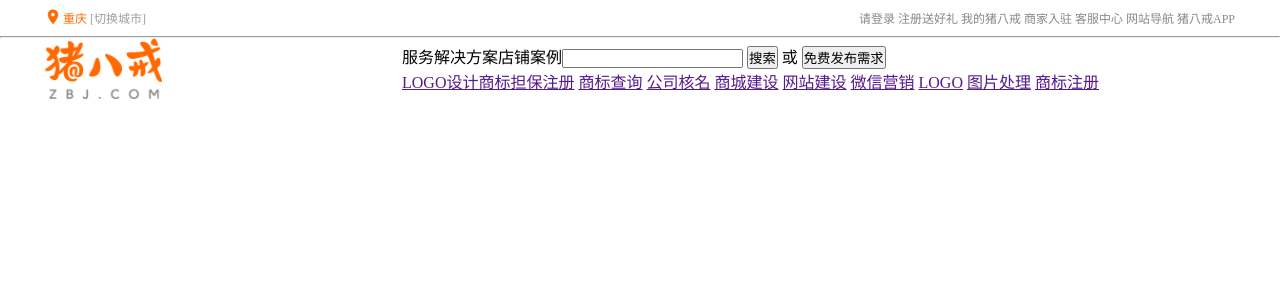
Repository: 13982720426/zbj
Page: HTML/index.html
The author's editor kept a copy of each file at every save. The page is drawn from the files as they stood at one save, then again after the next save.
The browser window is 1280 px wide. The pictures show the whole page.

Above is the page before, as saved 2021-07-15 14:24:43.

### HTML/index.html
<!DOCTYPE html>
<html lang="en">
  <head>
    <meta charset="UTF-8" />
    <meta http-equiv="X-UA-Compatible" content="IE=edge" />
    <meta name="viewport" content="width=device-width, initial-scale=1.0" />
    <title>猪八戒网重庆站-中国领先的企业服务平台</title>
    <link rel="stylesheet" type="image/x-icon" href="./imgs/favicon.ico" />
    <link rel="stylesheet" type="text/css" href="css/index.css" />
  </head>
  <body>
    <div class="header-top">
      <div class="header-top-left">
        <div class="location-icon">
          <span class="tl1">重庆</span>
          <span class="tl2">[切换城市]</span>
        </div>
      </div>
      <div class="haeder-top-right">
        <span class="tr1">请登录</span>
        <span class="tr2">注册送好礼</span>
        <span class="tr3">我的猪八戒</span>
        <span class="tr4">商家入驻</span>
        <span class="tr5">客服中心</span>
        <span class="tr6">网站导航</span>
        <span class="tr7">猪八戒APP</span>
      </div>
    </div>
    <hr />
    <div class="header-bd-wrap header-bd-wrap-fixed">
      <div class="header-bd-wrap-content">
        <div class="header-bd-wrap-l">
          <img class="logo-img" src="./imgs/newlogo_5b91b4a.png" alt="猪八戒" />
        </div>
        <div class="header-bd-wrap-r">
          <div>
            <ul id="menu">
              <li>服务</li>
              <li>解决方案</li>
              <li>店铺</li>
              <li>案例</li>
            </ul>
          </div>
          <div class="search">
            <input type="text" name="" id="" />
            <button class="btn-search">搜索</button>
            <span class="huo">或</span>
            <button class="search-pub-task">免费发布需求</button>
          </div>

          <div>
            <a href="">LOGO设计商标担保注册</a>
            <a href="">商标查询</a>
            <a href="">公司核名</a>
            <a href="">商城建设</a>
            <a href="">网站建设</a>
            <a href="">微信营销</a>
            <a href="">LOGO</a>
            <a href="">图片处理</a>
            <a href="">商标注册</a>
          </div>
        </div>
      </div>
    </div>
  </body>
</html>

### HTML/css/index.css
* {
  margin: 0;
  padding: 0;
}
.header-top {
  display: flex;
  align-items: center;
  margin: 0 auto;
  height: 36px;
  width: 1190px;
  color: #888;
  font-size: 12px;
}
.location-icon {
  display: inline-block;
  padding-left: 18px;
  background-repeat: no-repeat;
  background-size: 16px;
  background-image: url('data:[embedded picture, 1182 characters]');
}
.tl1 {
  color: #ff6900;
}
.tl2 {
  color: #9e9e9e;
}
.header-top-left {
  flex: 1;
}
.header-top-right {
  flex: 1;
}
.header-bd-wrap {
  width: 100%;
}
.header-bd-wrap.header-bd-wrap-fixed {
}
.header-bd-wrap-content {
  width: 1190px;
  margin: 0 auto;
  display: flex;
  align-items: center;
  justify-content: center;
}
.header-bd-wrap-l {
  flex: 30%;
}
.header-bd-wrap-r {
  flex: 70%;
  overflow: hidden;
}
.header-bd-wrap-r li {
  list-style: none;
  padding: 0;
  margin: 0;
  float: left;
}

.logo-img {
  float: left;
  max-width: 117px;
  max-height: 61px;
  margin-right: 20px;
}

After the next save:
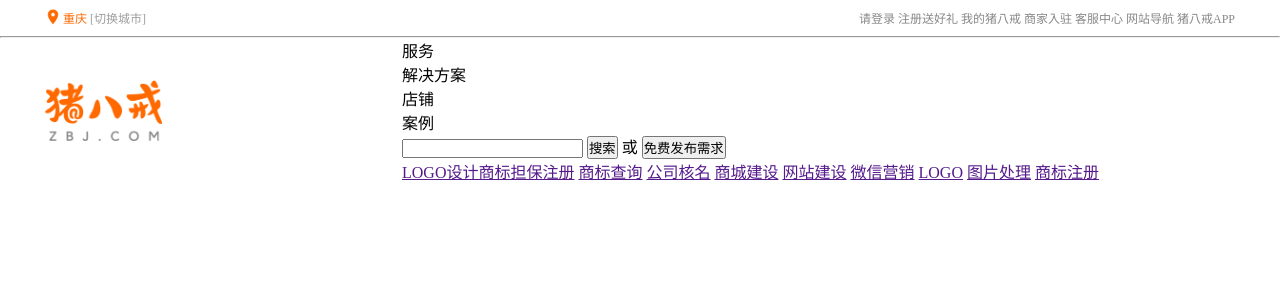
Saved 7 s later.
--- a/HTML/css/index.css
+++ b/HTML/css/index.css
@@ -47,13 +47,11 @@
 }
 .header-bd-wrap-r {
   flex: 70%;
-  overflow: hidden;
 }
 .header-bd-wrap-r li {
   list-style: none;
   padding: 0;
   margin: 0;
-  float: left;
 }
 
 .logo-img {
